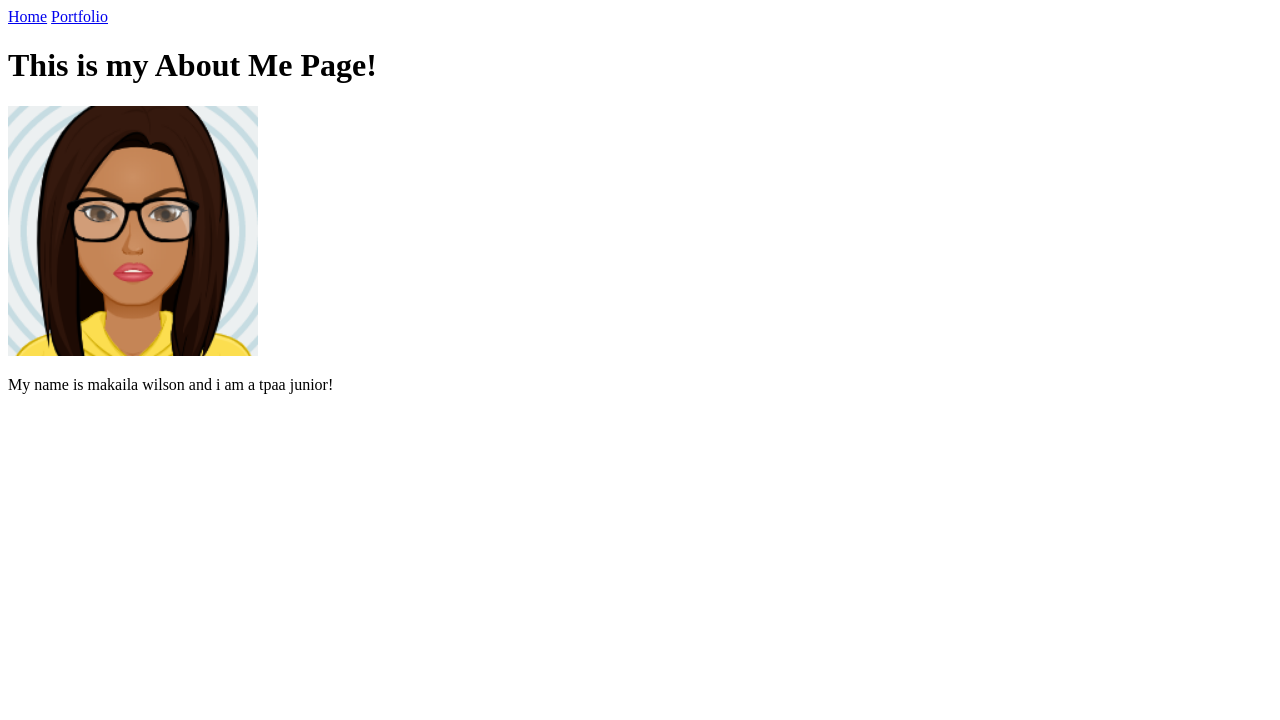
Repository: mwilson3286/mwilson3286.github.io
Page: my_website/Aboutme.html
The author's editor kept a record of every edit. The page is drawn from the files as they stood at one moment, then again after the next edit.
The browser window is 1280 px wide. The pictures show the whole page.

Above is the page before.

### my_website/Aboutme.html

<!doctype html>
<html lang="en">
 <head>
   <meta charset="utf-8">
   <title>About Me!</title>
 </head>
 <body>
    <a href="index.html">Home</a>
    <a href="portfolio.html">Portfolio</a>
    <h1>This is my About Me Page!</h1>
    <img src="images/myAvatar.png" height="250">
    </p>My name is makaila wilson and i am a tpaa junior!
     <br>
    </a>
 </body>
</html>

After the next edit:
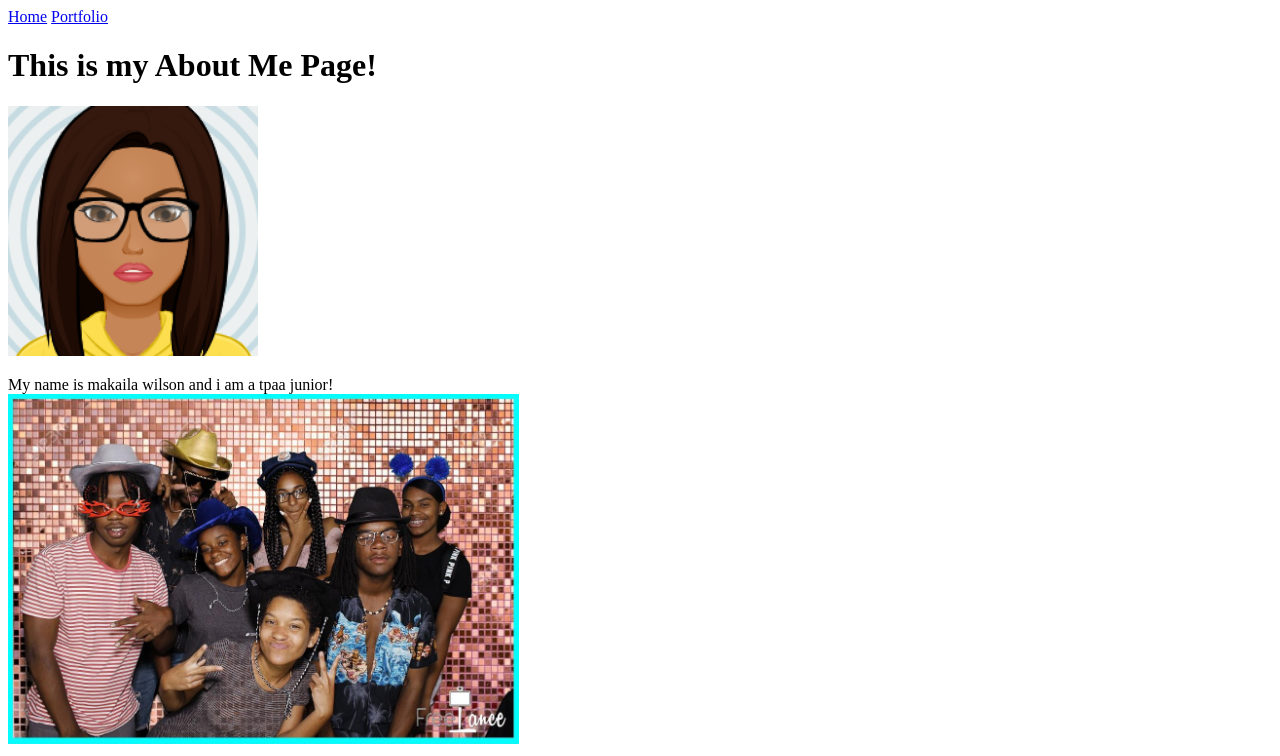
The edit:
--- a/my_website/Aboutme.html
+++ b/my_website/Aboutme.html
@@ -15,3 +15,4 @@
     </a>
  </body>
 </html>
+<img src="image2.jpg" height="350">
